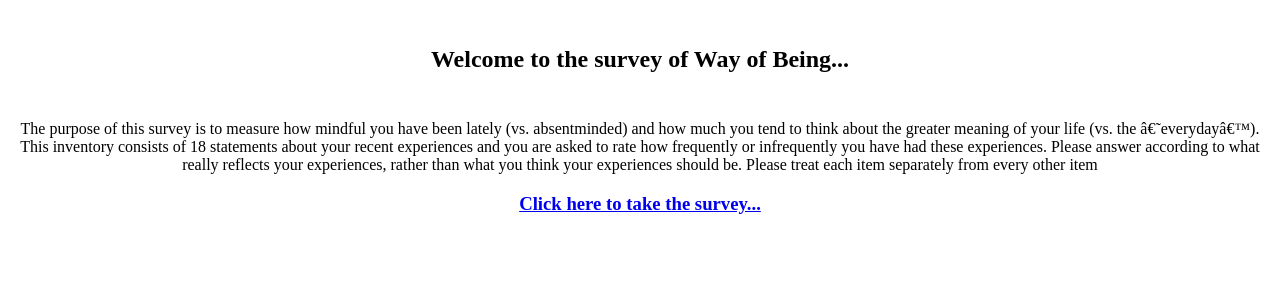
Repository: onlinechetan/WayOfBeing
Page: http://localhost/wayofbeing/
The author's editor kept a copy of each file at every save. The page is drawn from the files as they stood at one save, then again after the next save.
The browser window is 1280 px wide. The pictures show the whole page.
The page is served by Tomcat 9. Other server files are loaded and not shown.

Above is the page before, as saved 2015-11-07 21:33:12.

### wayofbeing/WebContent/index.jsp
<html>
<head>
<title>Way of Being!!! </title>
<style type="text/css">

</style>
</head>
<body>
	<br>
	<div style="text-align:center">
		<h2>
			Welcome to the survey of Way of Being...<br> <br>
		</h2>
		The purpose of this survey is to measure how mindful you have been lately (vs. absentminded) and how much you tend to think about the greater meaning of your life (vs. the ‘everyday’). This inventory consists of 18 statements about your recent experiences and you are asked to rate how frequently or infrequently you have had these experiences. Please answer according to what really reflects your experiences, rather than what you think your experiences should be. Please treat each item separately from every other item
		<h3>
			<a href="welcome.jsp">Click here to take the survey... </a>
		</h3>
	</div>
</body>
</html>

After the next save:
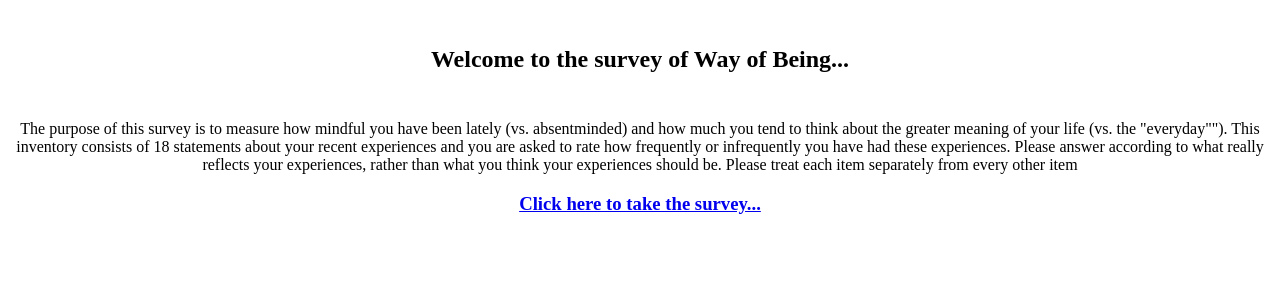
Saved 30 s later.
--- a/wayofbeing/WebContent/index.jsp
+++ b/wayofbeing/WebContent/index.jsp
@@ -11,7 +11,7 @@
 		<h2>
 			Welcome to the survey of Way of Being...<br> <br>
 		</h2>
-		The purpose of this survey is to measure how mindful you have been lately (vs. absentminded) and how much you tend to think about the greater meaning of your life (vs. the ‘everyday’). This inventory consists of 18 statements about your recent experiences and you are asked to rate how frequently or infrequently you have had these experiences. Please answer according to what really reflects your experiences, rather than what you think your experiences should be. Please treat each item separately from every other item
+		The purpose of this survey is to measure how mindful you have been lately (vs. absentminded) and how much you tend to think about the greater meaning of your life (vs. the "everyday""). This inventory consists of 18 statements about your recent experiences and you are asked to rate how frequently or infrequently you have had these experiences. Please answer according to what really reflects your experiences, rather than what you think your experiences should be. Please treat each item separately from every other item
 		<h3>
 			<a href="welcome.jsp">Click here to take the survey... </a>
 		</h3>
